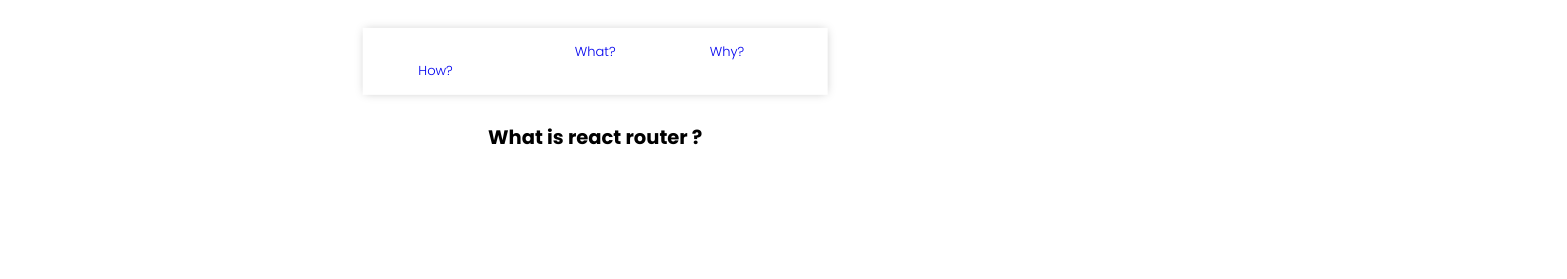
Repository: nguy3nds/2021-18-9-react
Page: /Nguyen
An editor plug-in stored every save of this project. The page is shown before and after the next save, followed by the edit.
The browser window is 1280 px wide. The page is 1280 px wide, then 1685 px, so the pictures cover 1685 px, including what lies to the right of the window. The pictures show the whole page, at 93% of full size.
The project was rebuilt for these pictures with package versions that can differ from the ones it lists, and the page was loaded fresh each time. Also part of the build but not shown: src/components/How.js, src/components/Why.js.

Above is the page before, as saved 2021-09-18 23:40:46.

### src/App.js
import React from "react";
import { BrowserRouter as Router, Switch, Route, Link } from "react-router-dom";
import "./App.css";
import What from "./components/What.js";
import How from "./components/How";
import Why from "./components/Why";

export default function App() {
  return (
    <Router>
      <div>
        <nav>
          <ul className="menu">
            <li class="menu-item has-child">
              <Link to="/">What?</Link>
            </li>
            <li className="menu-item has-child">
              <Link to="/about">Why?</Link>
            </li>
            <li className="menu-item has-child">
              <Link to="/users">How?</Link>
            </li>
          </ul>
        </nav>

        {/* A <Switch> looks through its children <Route>s and
            renders the first one that matches the current URL. */}
        <Switch>
          <Route path="/about">
            <How />
          </Route>
          <Route path="/users">
            <Why />
          </Route>
          <Route path="/">
            <What />
          </Route>
        </Switch>
      </div>
    </Router>
  );
}

### src/App.css
@import url("https://fonts.googleapis.com/css2?family=Poppins:wght@300;400;600;700&display=swap");
:root {
  --primary: #08aeea;
  --secondary: #13d2b8;
  --purple: #bd93f9;
  --pink: #ff6bcb;
  --blue: #8be9fd;
  --gray: #333;
  --font: "Poppins", sans-serif;
  --gradient: linear-gradient(40deg, #ff6ec4, #7873f5);
  --shadow: 0 0 15px 0 rgba(0, 0, 0, 0.05);
}
*,
*:before,
*:after {
  box-sizing: border-box;
}
html {
  font-size: 62.5%;
  text-align: center;
}

body {
  font-family: var(--font);
  font-size: 1.4rem;
  overflow-x: hidden;
  font-weight: 300;
}

img {
  display: block;
  max-width: 100%;
}

a {
  text-decoration: none;
}

input,
button,
textarea,
select {
  font-family: var(--font);
  font-size: 1.4rem;
  font-weight: 300;
  outline: none;
  border: 0;
  margin: 0;
  padding: 0;
  border-radius: 0;
  -webkit-appearance: none;
}

button {
  cursor: pointer;
}

.menu {
  max-width: 500px;
  margin: 30px auto;
  display: grid;
  grid-template-columns: 1fr 1fr 1fr;
  justify-content: center;
  background-color: white;
  padding: 1.5rem;
  box-shadow: 0 0 10px -2px rgba(0, 0, 0, 0.25);
}

.menu::before {
  content: "";
  height: 1px;
  width: 100%;
  background-color: white;
}
.menu-link {
  font-size: 1.4rem;
  color: #918eae;
  display: block;
}
.menu-link:hover {
  color: #202842;
}
.menu-item {
  position: relative;
  margin: 0 5rem;
}

.menu-item::after {
  background-color: #333;
  height: 45px;
  width: 2px;
}

.menu-child-link {
  display: flex;
  align-items: center;
  justify-content: space-between;
  padding: 1.5rem;
  color: #918eae;
}
.menu-child-item {
  position: relative;
}
.menu-child-link:hover {
  color: #202842;
}

.menu-toggle {
  display: none;
}
.nav {
  position: relative;
}
.arrow-right {
  display: none;
}
@media screen and (min-width: 1024px) {
  .arrow-down {
    display: none;
  }
  .arrow-right {
    display: block;
  }
  .menu-item:not(:first-child) {
    margin-left: 2rem;
  }
  .menu-child {
    position: absolute;
    top: 100%;
    left: 0;
    margin-top: 1rem;
    min-width: 20rem;
    background-color: white;
    box-shadow: var(--shadow);
    display: none;
  }
  .menu-child:before {
    content: "";
    position: absolute;
    top: 0;
    left: 0;
    width: 100%;
    height: 1rem;
    background-color: transparent;
    transform: translateY(-100%);
  }
  .menu-child1 {
    top: 0;
    left: 100%;
    margin-top: 0;
  }
  .menu-item.has-child:hover > .menu-child {
    display: block;
  }
  .menu-child-item.has-child:hover > .menu-child {
    display: block;
  }
}

ul li {
  list-style: none;
}
@media screen and (max-width: 1023px) {
  .menu {
    position: absolute;
    right: 0;
    top: 100%;
    min-width: 20rem;
    background-color: white;
    box-shadow: var(--shadow);
    flex-direction: column;
    display: none;
    z-index: 100;
  }
  .menu.show,
  .menu-child.show {
    display: block;
  }
  .menu-item:not(:last-child) {
    border-bottom: 1px solid #eee;
  }
  .menu-link {
    padding: 1.5rem;
    display: flex;
    justify-content: space-between;
    align-items: center;
  }
  .menu-child {
    display: none;
    background-color: #f6f6f6;
  }
  .menu-child1 {
    background-color: #eee;
  }
  .menu-toggle {
    width: max-content;
    font-size: 2rem;
    display: block;
    margin-left: auto;
    cursor: pointer;
  }
}

### src/components/What.js
import React from "react";

export default function What() {
  return <h2>What is react router ?</h2>;
}

Loaded but not shown: public/index.html (common file); src/index.js (common file); src/index.css (common file); src/reportWebVitals.js (common file)

After the next save:
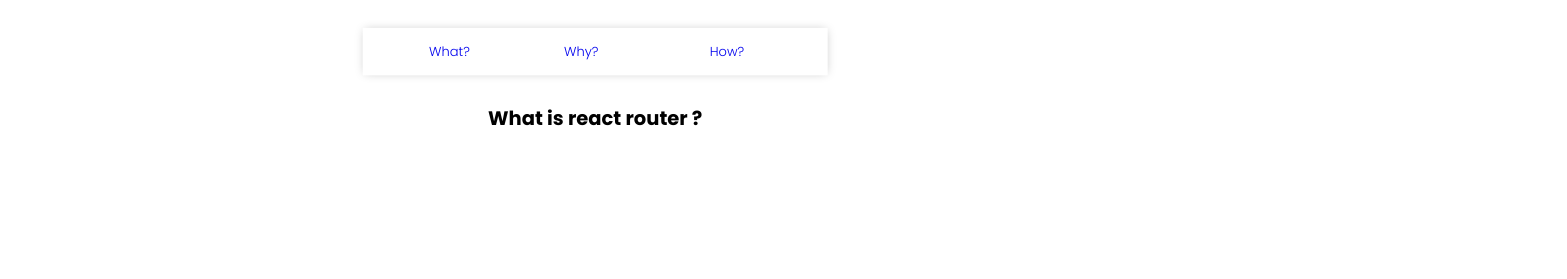
Saved 19 s later.
--- a/src/App.css
+++ b/src/App.css
@@ -71,6 +71,8 @@ button {
   height: 1px;
   width: 100%;
   background-color: white;
+  position: absolute;
+  top: 50%;
 }
 .menu-link {
   font-size: 1.4rem;
